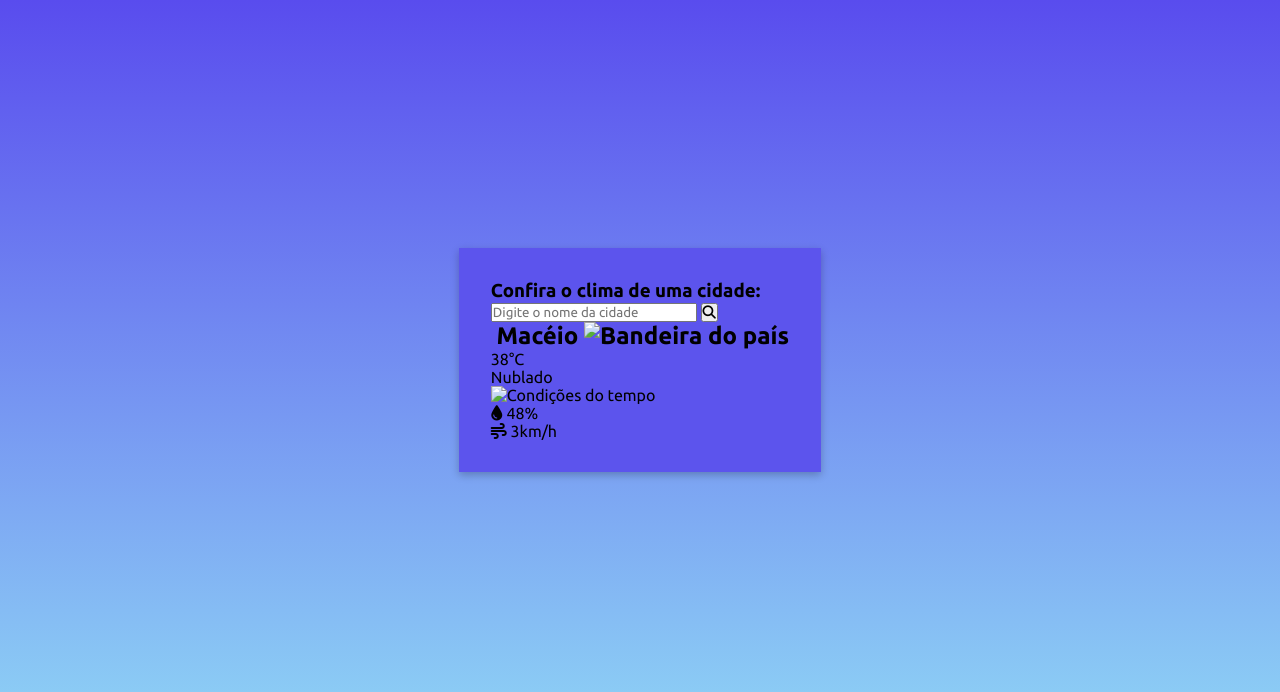
Repository: willamesalmeida/Clima
Page: index.html
These files come from the project's save history. The page is drawn as it stood at one moment and after the next save; the edit follows.
The browser window is 1280 px wide. The pictures show the whole page.

Above is the page before, as saved 2022-09-19 16:15:26.

After the next save:
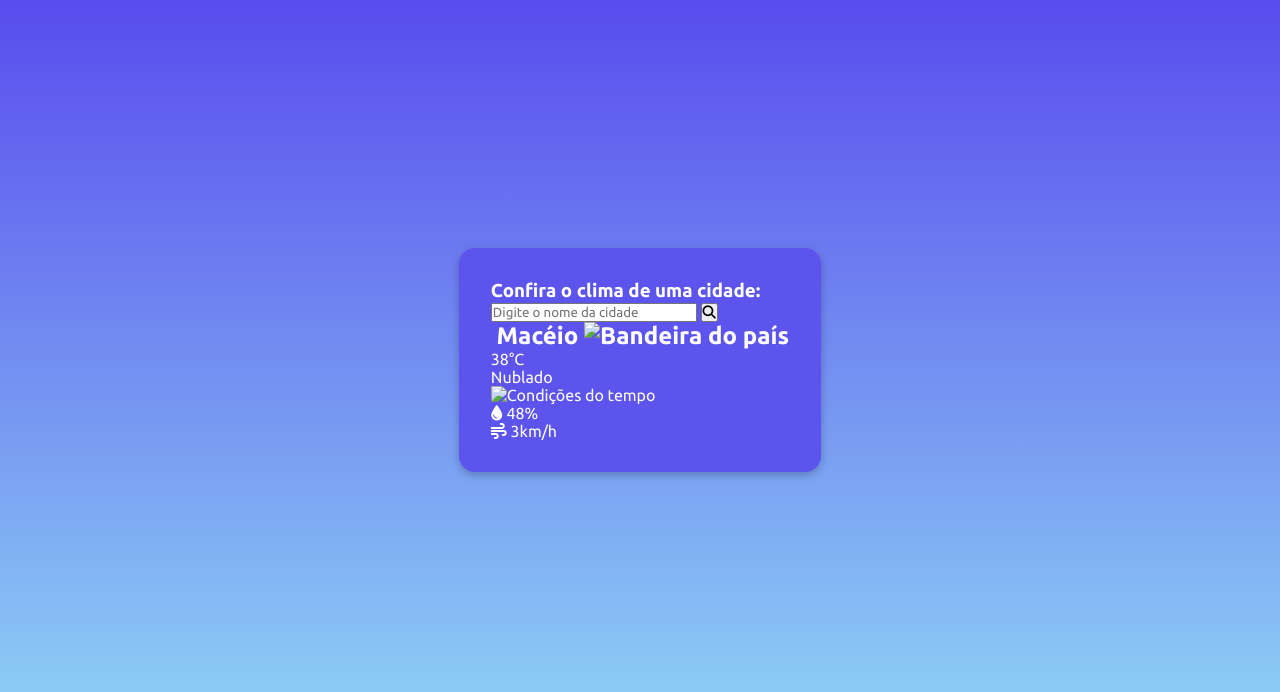
Saved 26 s later.
--- a/css/styles.css
+++ b/css/styles.css
@@ -20,4 +20,6 @@ body{
     background-color: #5c54ed;
     box-shadow: rgba(0,0,0,0.24) 0px 3px 8px;
     padding: 2rem;
+    color: #fdfdfd;
+    border-radius: 1rem;
 }
